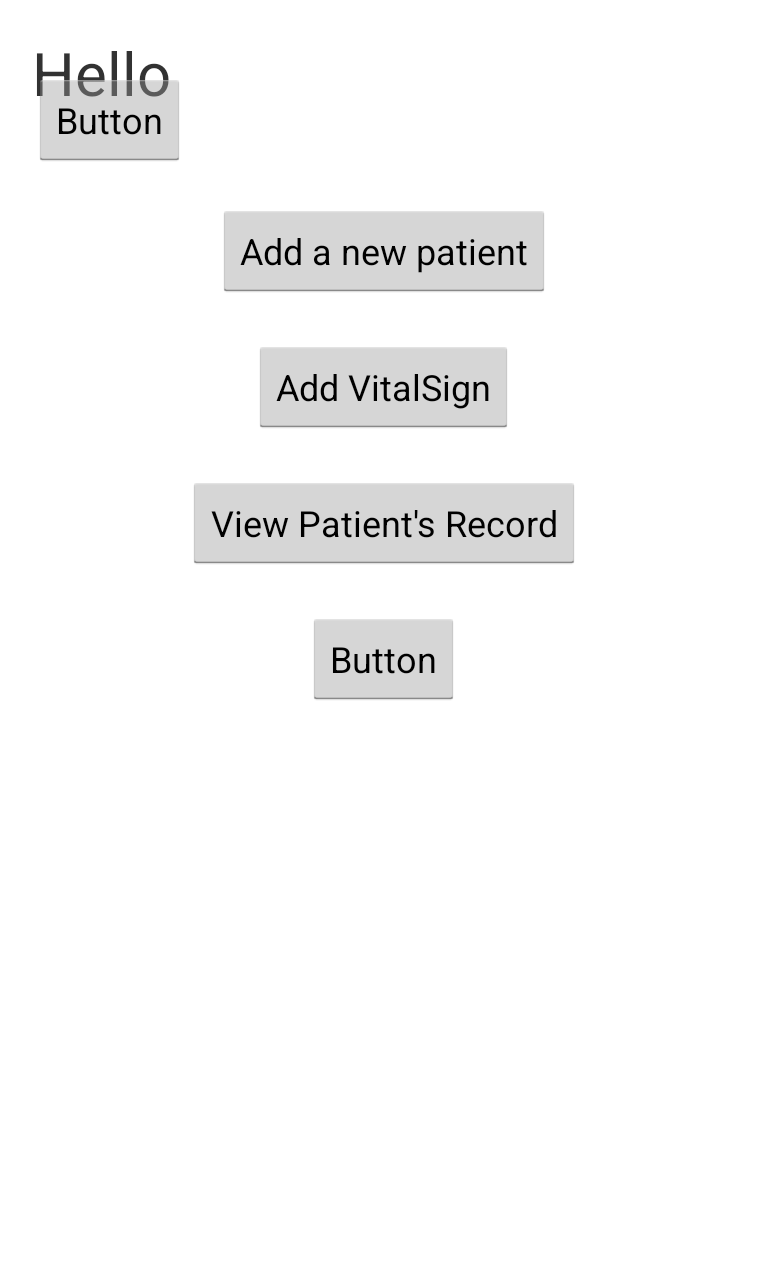
Repository: wangyuan0915/ER
Layout: workspace2/phase3/res/layout/activity_choice.xml
The author's editor kept a copy of each file at every save. The layout is drawn from the files as they stood at one save, then again after the next save.
It is drawn on a 768 x 1280 px phone screen (xhdpi) without system bars, with theme AppTheme; the app's code is not run.

Above is the layout before, as saved 2013-11-24 20:56:20.

After the next save:
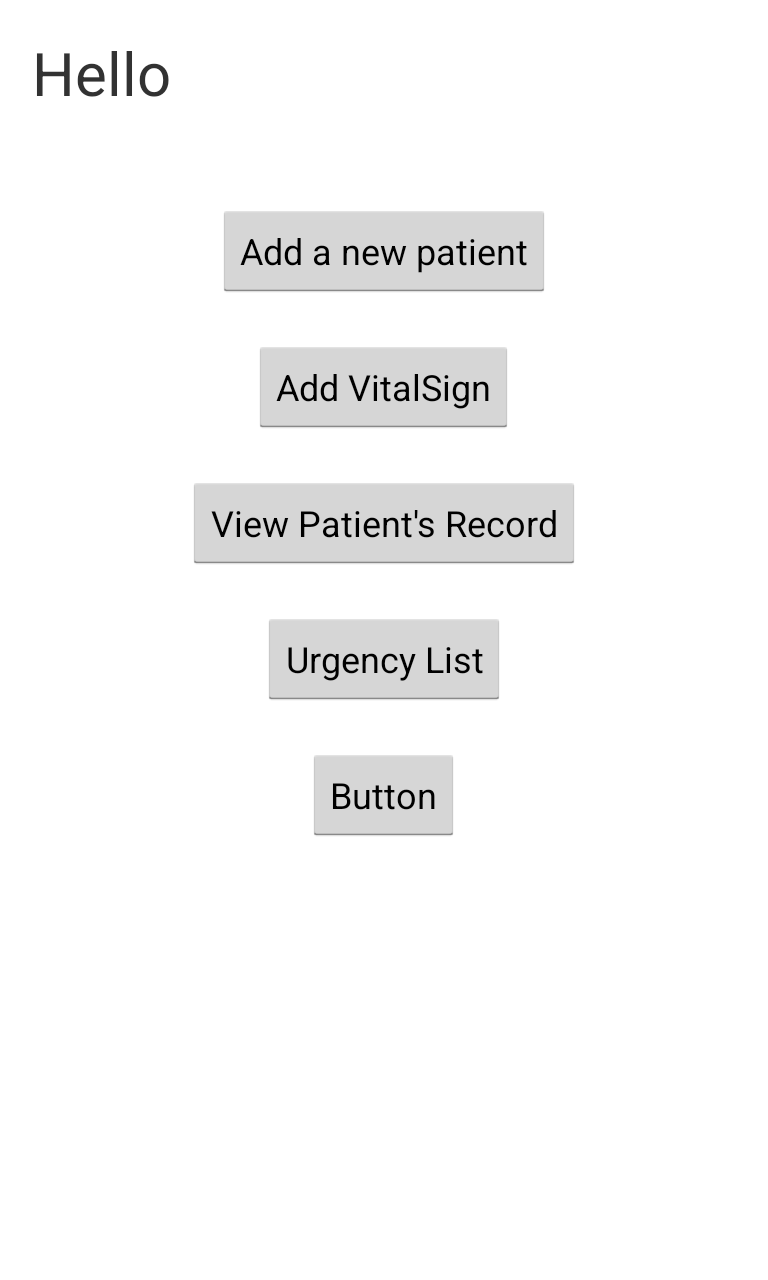
Saved 40 s later.
--- a/workspace2/phase3/res/layout/activity_choice.xml
+++ b/workspace2/phase3/res/layout/activity_choice.xml
@@ -52,8 +52,8 @@
         android:id="@+id/button3"
         android:layout_width="wrap_content"
         android:layout_height="wrap_content"
-        android:layout_alignRight="@+id/button2"
-        android:layout_below="@+id/button2"
+        android:layout_centerHorizontal="true"
+        android:layout_below="@+id/urgencylist"
         android:layout_marginTop="20dp"
         android:text="Button" />
 
@@ -64,7 +64,7 @@
         android:layout_below="@+id/viewpatientrecord"
         android:layout_centerHorizontal="true"
         android:layout_marginTop="20dp"
-        android:text="Button"
-        android:onClick="UrgencyList"/>
+        android:onClick="UrgencyList"
+        android:text="@string/Urgency_List" />
 
 </RelativeLayout>
